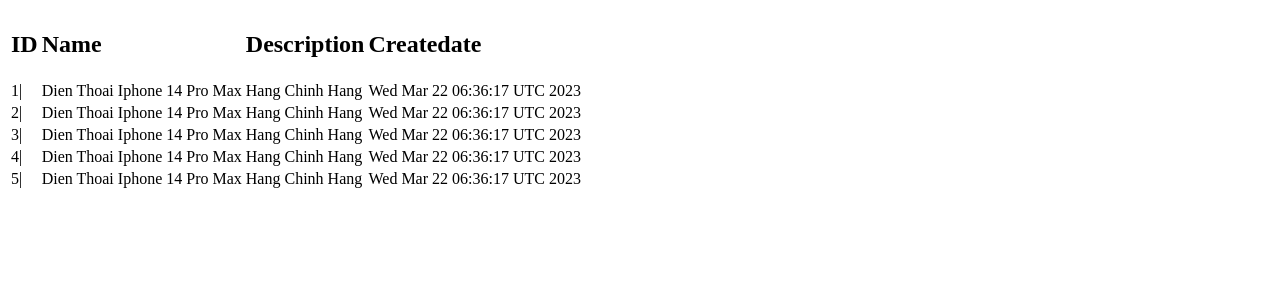
Repository: saiyagodvp/_java4
Page: http://localhost/slide4/product
These files come from the project's save history. The page is drawn as it stood at one moment and after the next save; the edit follows.
The browser window is 1280 px wide. The pictures show the whole page.
The page is served by Tomcat 9.

Above is the page before, as saved 2023-03-24 10:53:25.

After the next save:
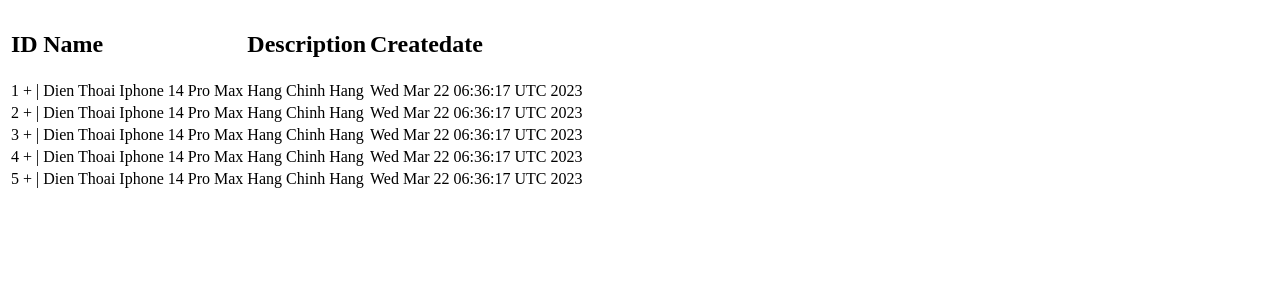
Saved 22 s later.
--- a/slide4/src/main/webapp/product/list.jsp
+++ b/slide4/src/main/webapp/product/list.jsp
@@ -31,7 +31,7 @@
 		<tbody>
 			<c:forEach items="${listProducts}" var="p">
 				<tr>
-					<td>${p.id}|</td>
+					<td>${p.id} + |</td>
 					<td>${p.name}</td>
 					<td>${p.description}</td>
 					<td>${p.createdate}</td>
